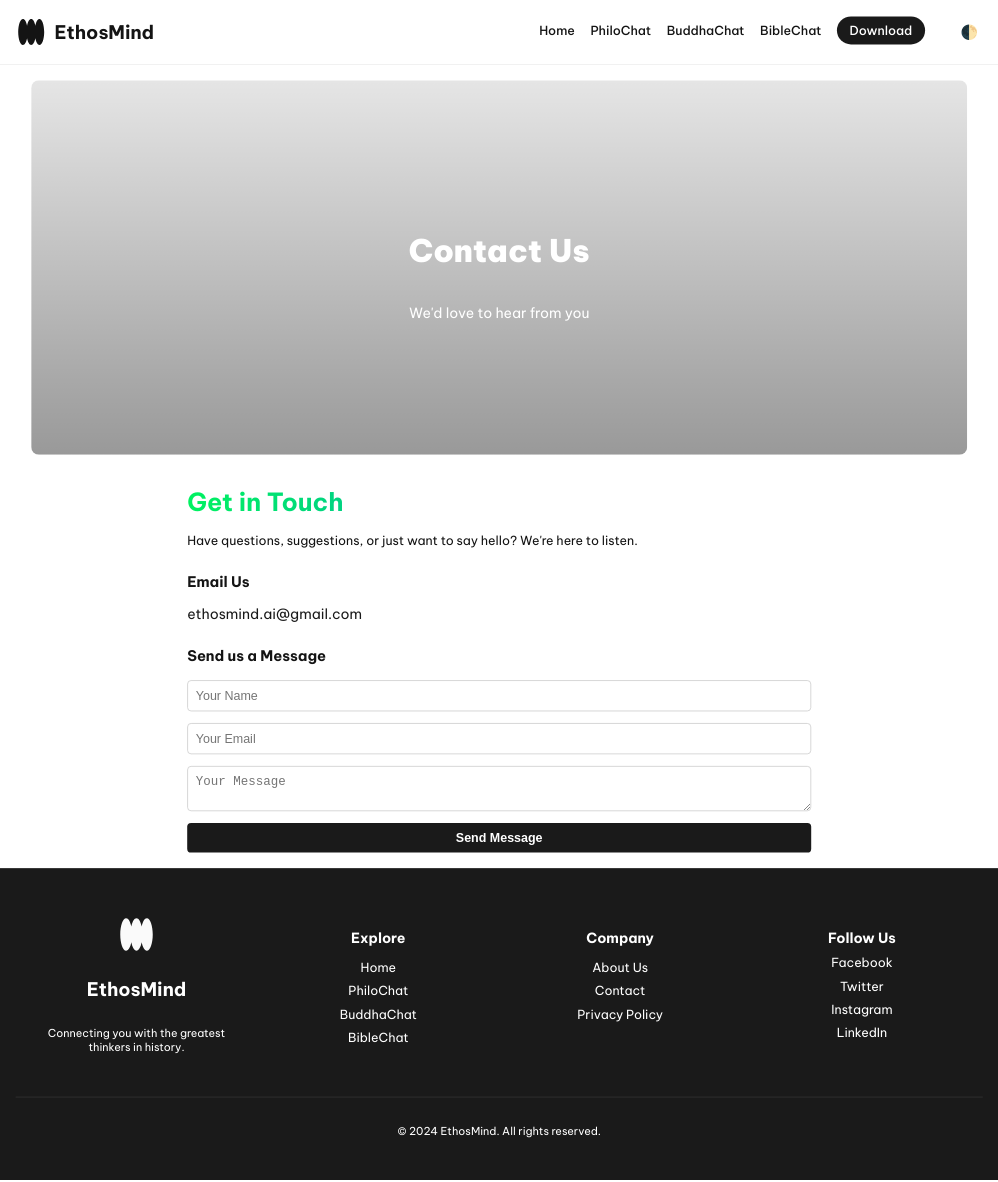
Repository: HSfac/EthosMindWeb
Page: /contact
These files come from the project's save history. The page is drawn as it stood at one moment and after the next save; the edit follows.
The browser window is 1280 px wide. The pictures show the whole page, at 78% of full size.
The project was rebuilt for these pictures with package versions that can differ from the ones it lists, and the page was loaded fresh each time. Also part of the build but not shown: src/pages/Home.css, src/pages/Home.jsx, src/pages/SaintsChat.css, src/pages/SaintsChat.jsx, src/pages/BuddhaChat.css, src/pages/BuddhaChat.jsx, src/pages/BibleChat.css, src/pages/BibleChat.jsx and 6 more.

Above is the page before, as saved 2024-07-27 20:02:50.

After the next save:
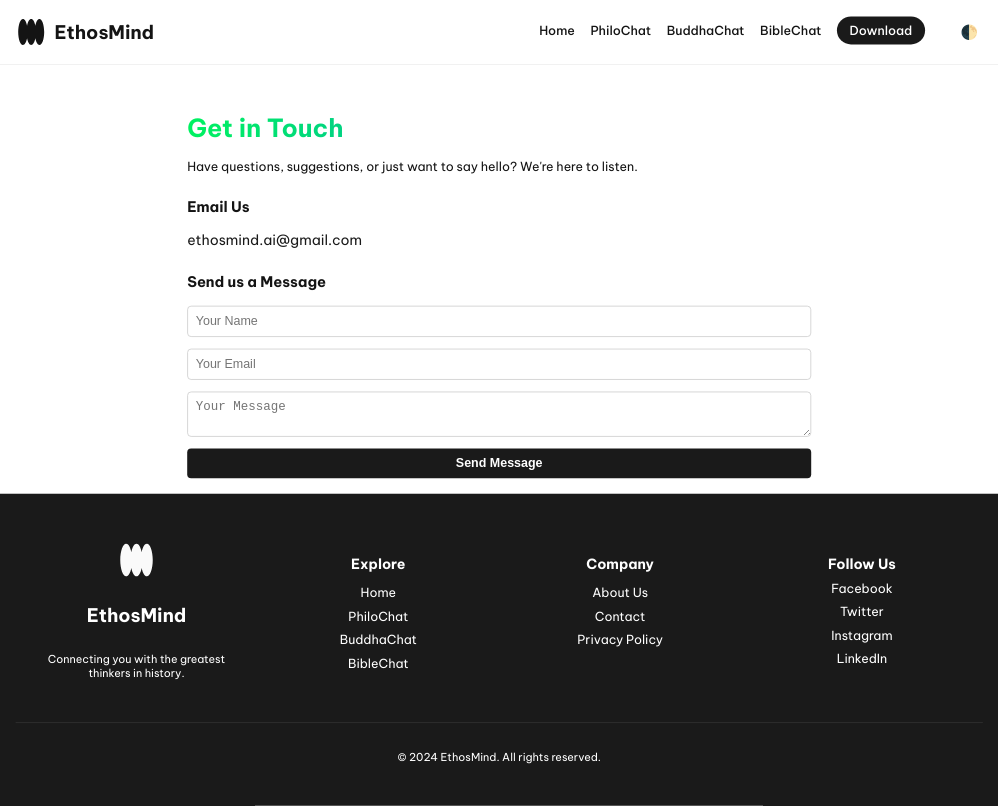
Saved 29 s later.
--- a/src/pages/Contact.jsx
+++ b/src/pages/Contact.jsx
@@ -4,10 +4,7 @@ import './Contact.css';
 function Contact() {
   return (
     <main className="contact-main">
-      <section className="contact-hero">
-        <h1 className="contact-hero-title">Contact Us</h1>
-        <p className="contact-hero-description">We'd love to hear from you</p>
-      </section>
+
 
       <section className="contact-content">
         <h2 className="contact-section-title">Get in Touch</h2>
